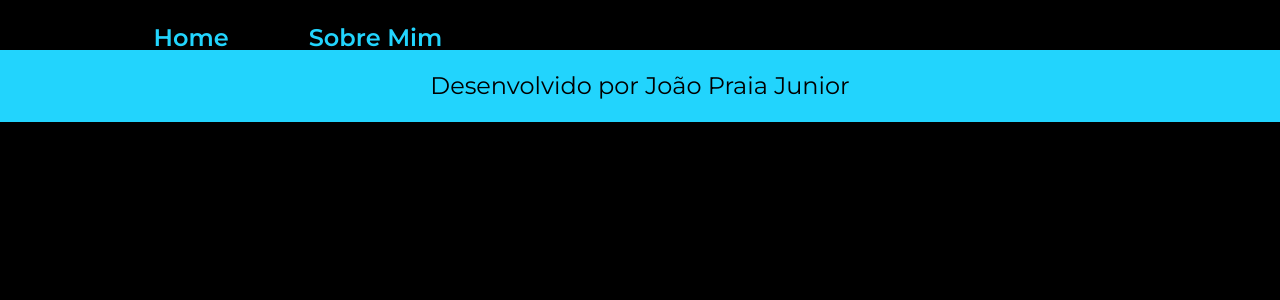
Repository: joaoPraiaJunior/html-basico
Page: about.html
An editor plug-in stored every save of this project. The page is shown before and after the next save, followed by the edit.
The browser window is 1280 px wide. The pictures show the whole page.
Some web fonts or font styles are not loaded; a fallback is used. Some web libraries are served in a nearby version.

Above is the page before, as saved 2024-06-06 21:29:33.

### about.html
<!DOCTYPE html>
<html lang="pt-BR" dir="ltr">
  <head>
    <meta charset="UTF-8" />
    <meta http-equiv="X-UA-Compatible" content="IE=edge" />
    <meta name="viewport" content="width=device-width, initial-scale=1.0" />
    <title>Portifólio</title>
    <link rel="stylesheet" href="css/reset.css" />
    <link rel="stylesheet" href="css/style.css" />
  </head>
  <body>
    <header class="cabecalho">
      <nav class="cabecalho__menu">
        <a class="cabecalho__link" href="index.html">Home</a>
        <a class="cabecalho__link" href="about.html">Sobre Mim</a>
      </nav>
    </header>

    <footer class="rodape"><p>Desenvolvido por João Praia Junior</p></footer>
  </body>
  <script
    src="https://kit.fontawesome.com/c4ee7a6e8c.js"
    crossorigin="anonymous"
  ></script>
</html>

### css/reset.css
/* http://meyerweb.com/eric/tools/css/reset/
   v2.0 | 20110126
   License: none (public domain)
*/

* {
    box-sizing: border-box;
}

html, body, div, span, applet, object, iframe,
h1, h2, h3, h4, h5, h6, p, blockquote, pre,
a, abbr, acronym, address, big, cite, code,
del, dfn, em, img, ins, kbd, q, s, samp,
small, strike, strong, sub, sup, tt, var,
b, u, i, center,
dl, dt, dd, ol, ul, li,
fieldset, form, label, legend,
table, caption, tbody, tfoot, thead, tr, th, td,
article, aside, canvas, details, embed,
figure, figcaption, footer, header, hgroup,
menu, nav, output, ruby, section, summary,
time, mark, audio, video {
	margin: 0;
	padding: 0;
	border: 0;
	font: inherit;
	vertical-align: baseline;
}
/* HTML5 display-role reset for older browsers */
article, aside, details, figcaption, figure,
footer, header, hgroup, menu, nav, section {
	display: block;
}
body {
	line-height: 1;
}
ol, ul {
	list-style: none;
}
blockquote, q {
	quotes: none;
}
blockquote:before, blockquote:after,
q:before, q:after {
	content: '';
	content: none;
}
table {
	border-collapse: collapse;
	border-spacing: 0;
}

### css/style.css
@import url('https://fonts.googleapis.com/css2?family=Krona+One&family=Montserrat:wght@400;600&display=swap');

html {
  font-size: 62.5%;
}

body {
  color: #f6f6f6;
  background-color: #000;
  font-size: 1.6rem;
}

.cabecalho {
  padding: 2% 0 0 12%;
}

.cabecalho__menu {
  display: flex;
  column-gap: 80px;
}

.cabecalho__link {
  font-family: 'Montserrat', sans-serif;
  font-size: 2.4rem;
  font-weight: 600;
  text-decoration: none;
  color:#22d4fd;
}

.apresentacao {
  padding: 5% 12%;
  display: flex;
  justify-content: space-between;
  align-items: center;
}

.apresentacao__conteudo {
  display:flex;
  flex-direction: column;
  width: 615px;
  gap: 40px;
}

.apresentacao__titulo {
  color: #22d4fd;
  font-family: 'Krona One', sans-serif;
  font-size: 3.6rem;
}

.apresentacao__subtitulo{
  font-family: 'Krona One', sans-serif;
  font-size: 2.4rem;
  font-weight: 400;
}

.apresentacao__texto {
  font-family: 'Montserrat', sans-serif;
  font-size: 2.4rem;
}

.apresentacao__links {
  display: flex;
  flex-direction: column;
  justify-content: space-between;
  align-items: center;
  row-gap: 32px;
}

.apresentacao__link {
  display:flex;
  justify-content: center;
  column-gap: 8px;
  color: #000;
  background-color: #22d4fd;
  font-family: 'Montserrat', sans-serif;
  font-size: 2.4rem;
  font-weight: 600;
  padding: 21.5px 0;
  width: 378px;
  border-radius: 8px;
  text-align: center;
  text-decoration: none;
}

.apresentacao__link--transparente {
  color: #f6f6f6;
  background-color: transparent;
  border: 2px solid #22d4fd;
  transition: all .5s ease-in-out;
}

.apresentacao__link--transparente:hover {
  background-color: #272727;
}

.apresentacao__link--transparente .fa-brands {
  transition: color .5s ease-in-out;
}

.apresentacao__link--transparente:hover .fa-brands {
  color: #22d4fd;
}

.apresentacao__imagem img {
  max-width: 100%;
}

.rodape {
  font-family: 'Montserrat', sans-serif;
  font-size: 2.4rem;
  font-weight: 400;
  color: #000;
  background-color: #22d4fd;
  padding: 24px;
  text-align: center;
}

After the next save:
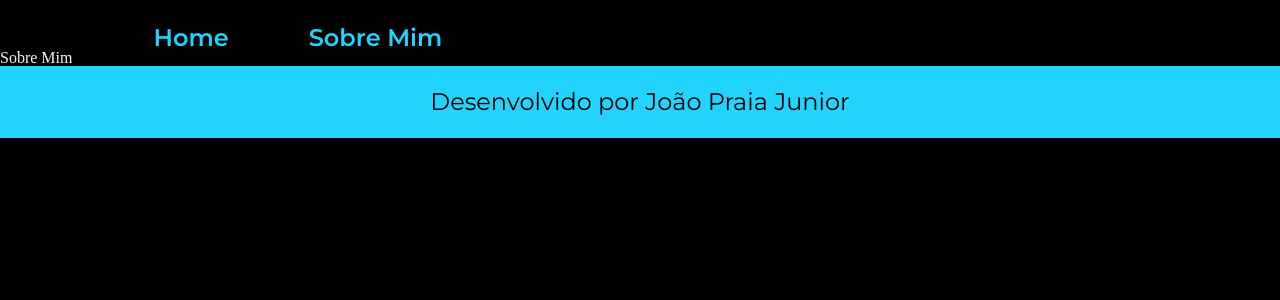
Saved 42 s later.
--- a/about.html
+++ b/about.html
@@ -4,7 +4,7 @@
     <meta charset="UTF-8" />
     <meta http-equiv="X-UA-Compatible" content="IE=edge" />
     <meta name="viewport" content="width=device-width, initial-scale=1.0" />
-    <title>Portifólio</title>
+    <title>Sobre Mim</title>
     <link rel="stylesheet" href="css/reset.css" />
     <link rel="stylesheet" href="css/style.css" />
   </head>
@@ -16,6 +16,10 @@
       </nav>
     </header>
 
+    <main>
+      <h1>Sobre Mim</h1>
+    </main>
+
     <footer class="rodape"><p>Desenvolvido por João Praia Junior</p></footer>
   </body>
   <script
